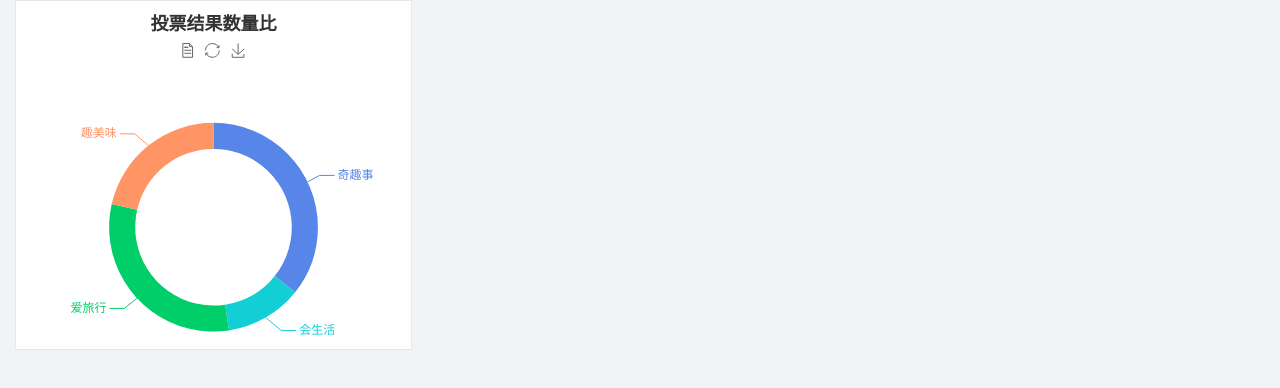
Repository: R1Deemo/vote_system
Page: web/home/results.html
The author's editor kept a copy of each file at every save. The page is drawn from the files as they stood at one save, then again after the next save.
The browser window is 1280 px wide. The pictures show the whole page.

Above is the page before, as saved 2022-11-07 09:54:08.

After the next save:
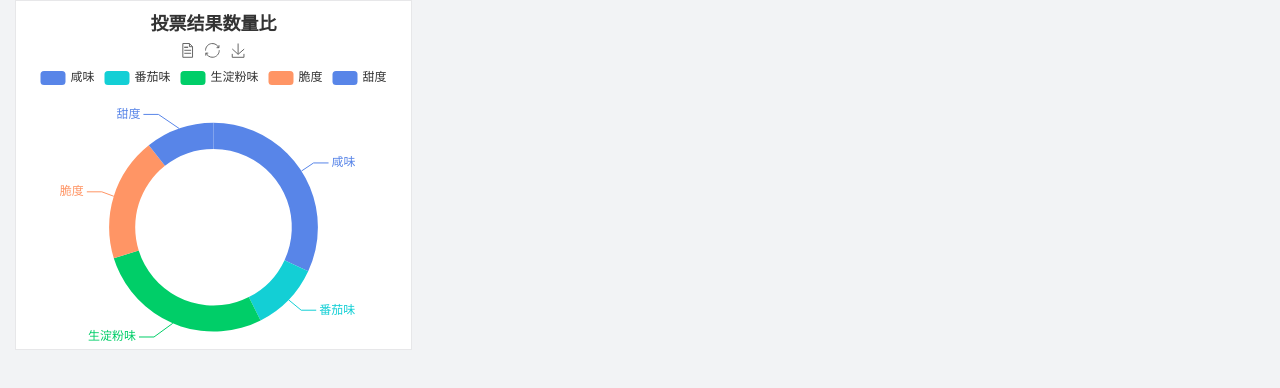
Saved 93 s later.
--- a/web/home/results.html
+++ b/web/home/results.html
@@ -73,22 +73,26 @@
             },
             calculable: true,
             series: [{
+
                 name: '访问来源',
                 type: 'pie',
                 radius: ['45%', '60%'],
                 center: ['50%', '65%'],
                 data: [{
                     value: 300,
-                    name: '奇趣事'
+                    name: '咸味'
                 }, {
                     value: 100,
-                    name: '会生活'
+                    name: '番茄味'
                 }, {
                     value: 260,
-                    name: '爱旅行'
+                    name: '生淀粉味'
                 }, {
                     value: 180,
-                    name: '趣美味'
+                    name: '脆度'
+                }, {
+                    value: 100,
+                    name: '甜度'
                 }]
             }]
         };
